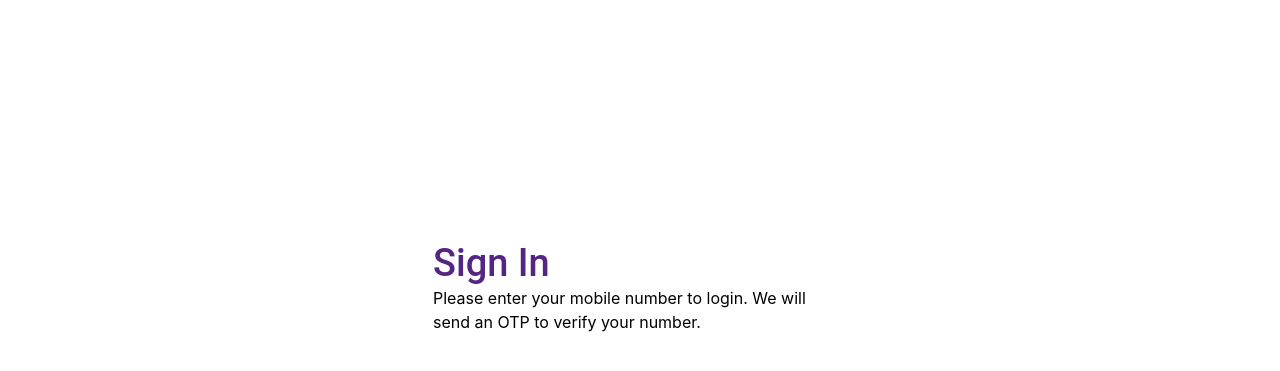
Repository: jayaprakash27/helloar-task
Page: /
An editor plug-in stored every save of this project. The page is shown before and after the next save, followed by the edit.
The browser window is 1280 px wide. The pictures show the whole page.
The project was rebuilt for these pictures with package versions that can differ from the ones it lists, and the page was loaded fresh each time.

Above is the page before, as saved 2023-10-26 22:44:47.

After the next save:
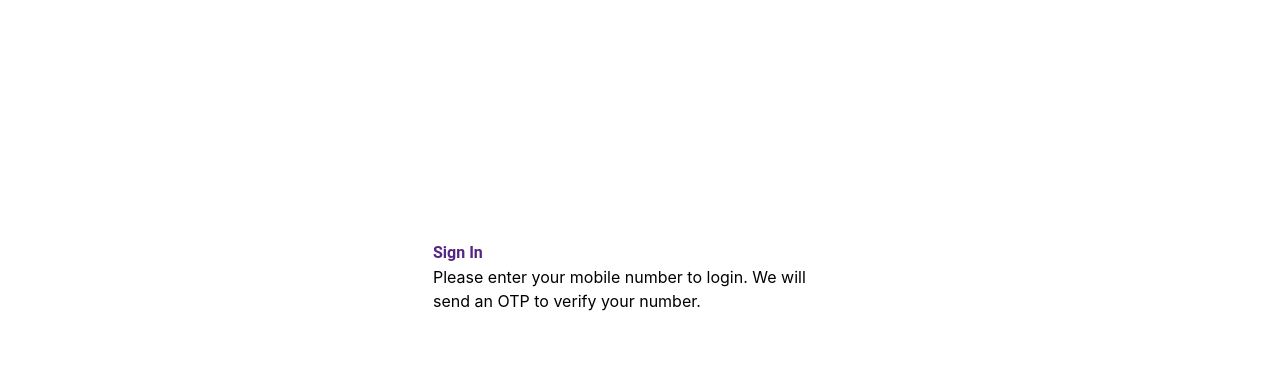
Saved 29 s later.
--- a/src/components/login.css
+++ b/src/components/login.css
@@ -14,10 +14,4 @@
 }
 .login-box h1 {
   font-family: Roboto;
-  font-size: 38px;
-  font-weight: 500;
-  line-height: 45px;
-  letter-spacing: 0em;
-  text-align: left;
-  color: #552583;
 }
